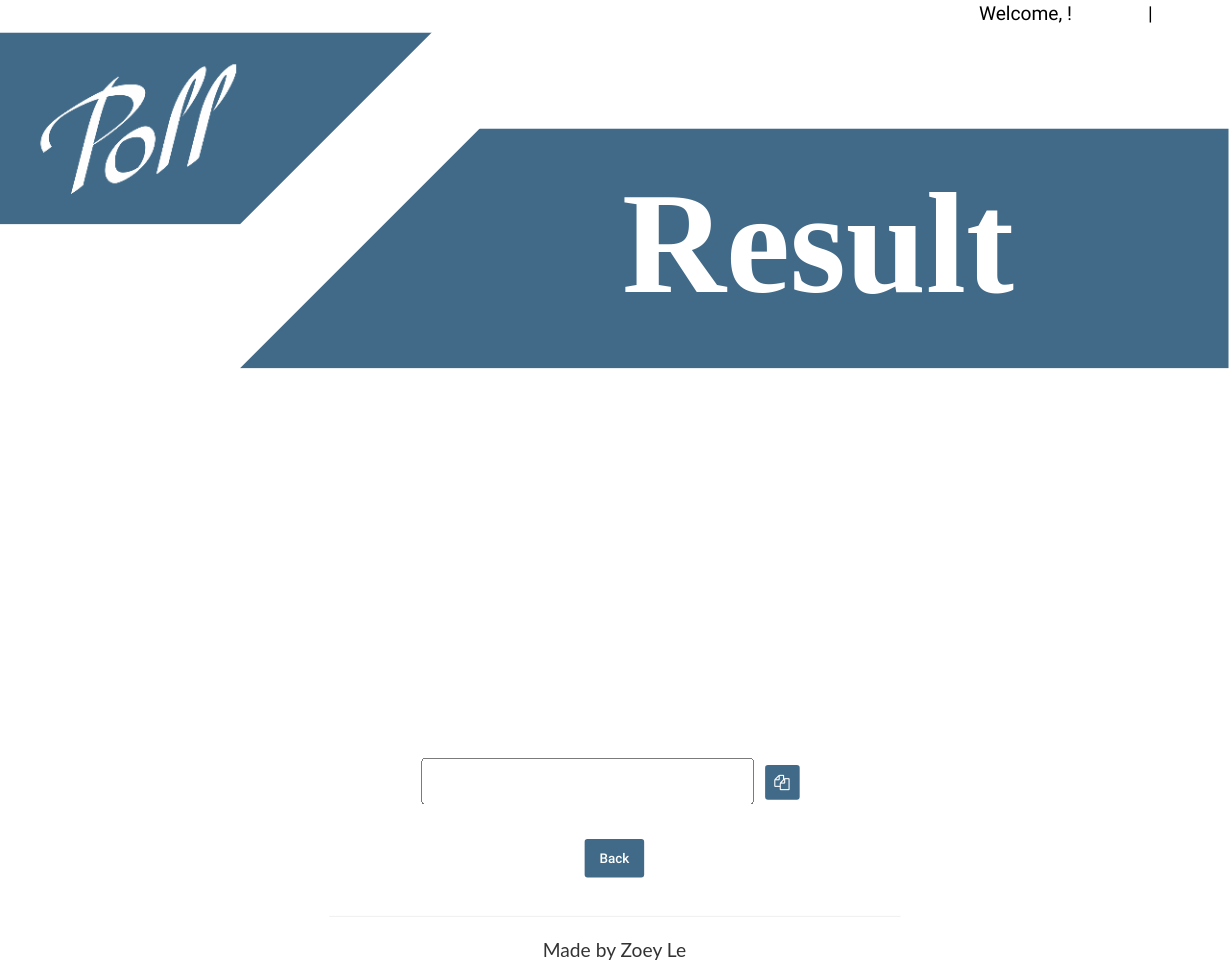
Repository: zoeyleqa/voting-app-fcc
Page: public/result.html
The author's editor kept a record of every edit. The page is drawn from the files as they stood at one moment, then again after the next edit.
The browser window is 1280 px wide. The pictures show the whole page, at 96% of full size.
The page's requests for data from a server got no answer. Some web libraries are served in a nearby version.

Above is the page before.
Console error (its wording comes from the project's code and is left out).

### public/result.html
<!DOCTYPE html>

<html>

<head>
	<title>Voting Result</title>
	<script src="https://cdnjs.cloudflare.com/ajax/libs/Chart.js/2.4.0/Chart.min.js"></script>
	<link rel="stylesheet" href="https://maxcdn.bootstrapcdn.com/bootstrap/3.3.7/css/bootstrap.min.css" integrity="sha384-BVYiiSIFeK1dGmJRAkycuHAHRg32OmUcww7on3RYdg4Va+PmSTsz/K68vbdEjh4u" crossorigin="anonymous">
	<link href="/public/css/main.css" rel="stylesheet" type="text/css">
	<link rel="stylesheet" href="https://cdnjs.cloudflare.com/ajax/libs/font-awesome/4.7.0/css/font-awesome.min.css">
</head>

<header>
		<div>
			<p align="right">Welcome, <span id="display-name"></span>!
			<a class="menu" href="/profile">Profile</a>
			|
			<a class="menu" href="/logout">Logout</a>
			</p>
		</div>

		<div>
				<div class="logo-box">
					<a href="/"><img src="/public/img/poll.png" class="logo-left"/></a>
				</div>
				<div class="title-box">
  					<h1 class="title">Result</h1>
				</div>
		</div>
	</header>

	<body>
		<br><br>
		<div class="container-fluid">
			<div class="col-md-6 col-md-offset-3" >
				<div class="questionText">
					<span class="question"></span>
				</div>
				<br />
				<div class="canvasContainer">
				 	<canvas id="myChart"></canvas>
				</div>

				<p style="text-align: center;">
					<input type="text" id="link" style="width: 58%"/>
					<i class="fa fa-copy btn-copy btn-default" onclick="copyLink()"></i>
				</p>

				<br/><br/>
				<div class="btn-container">
					<a id="backpage" href="javascript:history.back()" class="btn btn-default">Back</a>
				</div>

				<footer>
				<hr>
				Made by Zoey Le
				</footer>
			</div>
		</div>
	<script>
		function copyLink() {
    	var text = document.querySelector('#link');
    	// console.log(text);
    	text.select();
    	document.execCommand('Copy');
	  };
	</script>
	<!--<script type="text/javascript" src="common/ajax-functions.js"></script>-->
	<!--<script src="dist/clipboard.min.js"></script>-->
	<script src="https://ajax.googleapis.com/ajax/libs/jquery/3.1.0/jquery.min.js"></script>
	<script type="text/javascript" src="/common/ajax-functions.js"></script>
	<script type="text/javascript" src="/controllers/resultCtrl.client.js"></script>
</body>

</html>

### public/css/main.css
/********* Fonts **********/

@font-face {
	font-family: "Roboto";
	font-style: normal;
	font-weight: 400;
	src: local("Roboto"), local("Roboto-Regular"),
		url("../fonts/Roboto-Regular.ttf") format("truetype");
}

@font-face {
	font-family: "Roboto";
	font-style: normal;
	font-weight: 500;
	src: local("Roboto Medium"), local("Roboto-Medium"),
		url("../fonts/Roboto-Medium.ttf") format("truetype");
}

@font-face {
	font-family: "Typo3";
	font-style: normal;
	font-weight: 400;
	src: local("Typo3"), local("Typo3-Regular"),
		url("../fonts/Typo3-Regular.ttf") format("truetype");
}

@font-face {
	font-family: "Typo3";
	font-style: normal;
	font-weight: 400;
	src: local("Typo3 Medium"), local("Typo3-Medium"),
		url("../fonts/Typo3-Medium.ttf") format("truetype");
}
/****** Main Styling ******/
:root {
  	--main-bg-color: #416A88; /*3E447B;*/
}

.main-header {
	background-color: var(--main-bg-color); /*#7083c2;*/
}
.temp {
	background-color: #b35d5c;
}

body {
	font-family: "Roboto", sans-serif;
	font-size: 16px;
	margin: 0;
	padding: 0;
}

header {
	margin-top: -16px;
}

.header-right {
	/*height: 56px;*/
	margin: 0 0 14px 0;
	text-align: right;
	/*float: right;*/
}

.logo {
	float: center;
	text-align: center;
	display: block;
	margin-left: auto;
	margin-right: auto;
}

.logo-box {
	background: var(--main-bg-color);
	/*-webkit-clip-path: polygon(0 0, 20% 0, 10% 100%, 0% 100%);*/
	-webkit-clip-path: polygon(0 0, 450px 0, 250px 100%, 0% 100%);
}

.logo-left{
	margin-left: 20px;
}

.title-box {
	position: relative;
	background: var(--main-bg-color);
	margin-top: -100px;
	height: 250px;
	text-align: center;
	color: white;
  	-webkit-clip-path: polygon(500px 0, 100% 0%, 100% 100%, 250px 100%);
}

.title {
    position: absolute;
    /*float: right;*/
    top: 0;
    bottom: 0;
    left: 0;
    right: 0;
    width: 55%;
    height: 70%;
    margin: auto;
    margin-left: 500px;
    font-size: 150px;
    font-weight: 600;
    font-family:  'Typo3-Medium';
}

.opt-sect p {
	font-size: 30px;
	font-weight: 80px;
}

.optsect {
	text-align: center;
}

.center {
  margin: auto;
  width: 50%;
  padding: 10px;
}

p {
	margin: 8px 0 0 0;
}

.container p {
	text-align: center;
	padding: 0;
}

/****** Header Styling ******/

header p {
	margin: 16px 0 5px 0;
	font-weight: 50px;
	font-size: 20px;
	color: black;
}

.menu {
	text-decoration: none;
	padding: 6px;
	margin: 0;
	color: white;
}

.menu:visited {
	color: grey;
}

.menu:hover {
	color: grey;
}

.menu:active {
	color: white;
}

header a ~ p {
	margin: 0;
	padding: 0;
	display: inline;
	color: #eceff1;
}

#display-name {
	font-weight: 400;
}

/****** Login Styling ******/

.login {
	margin: 10px auto 0 auto;
	text-align: center;
}

#login-btn {
	width: 250px;
	padding: 7px 5px;
}

.btn p {
	margin: 8px 0 0 0;
	padding: 0;
}

.btn > img {
	float: leftbtn
	margin-left: 10px;
}

.btn-submit {
	float: right;
}

input[type="text"]{
	padding: 10px 10px;
	line-height: 10px;
	font-size: 20px;
	width:95%;
	/*display:block;*/
}

.btn-add {
	padding: 1px 1px 1px 1px ;
	line-height: 30px;
	display:block;
	font-size: 20px;

}
/****** Logo Div Styling ******/

img {
	margin: 0 auto;
	display: block;
}

.clementine-text {
	/* Styling for the Clementine.js text */
	padding: 0;
	margin: -25px 0 0 0;
	font-weight: 500;
	font-size: 60px;
	color: #ffa000;
}

/****** Click Styling ******/

.btn-container {
	/* Styling for the div that contains the buttons */
	margin: -10px auto 0 auto;
	text-align: center;
}

.btn-copy {
	margin: 0 8px;
	color: white;
	background-color: var(--main-bg-color);
	display: inline-block;
	border: 0;
	font-size: 15px;
	text-align: center;
	border-radius: 3px;
	padding: 10px;
}
.btn {
	/* Styling for buttons */
	margin: 0 8px;
	color: white;
	background-color: var(--main-bg-color);
	display: inline-block;
	border: 0;
	font-size: 14px;
	border-radius: 3px;
	padding: 10px 15px;
	/*width: 100px;*/
	font-weight: 500;
}

.btn:focus {
	/* Remove outline when hovering over button */
	outline: none;
}

.btn:active {
	/* Scale the button down by 10% when clicking on button */
	transform: scale(0.9, 0.9);
	-webkit-transform: scale(0.9, 0.9);
	-moz-transform: scale(0.9, 0.9);
}

.btn-delete {
	/* Styling for delete button */
	background-color: #eceff1;
	color: #212121;
}

.canvasContainer {
	height: 330px;
	width: 300px;
	position: relative;
	margin: auto;
}

/*.question {*/
/*	display: inline-block;*/
/*    margin: 10px 10px 0 0;*/
/*    padding: 20px 10px;*/
/*	font-size: xx-large;*/
/*	font-weight: bolder;*/
/*}*/

.questionText{
	overflow: hidden;
    text-align: center;
    font-size: xx-large

	/*padding: 20px 0 20px 0;*/
}

/*#myChart {*/
/*	height: 150px;*/
/*	width: 300px;*/
/*	position: relative;*/
/*	left: 65%;*/
/*	top: 25%;*/
/* }*/
/****** Profile Styling ******/

.github-profile {
	width: 350px;
	height: 200px;
	border-radius: 3px;
	margin: 86px auto 0 auto;
	background-color: #eee;
	text-align: center;
	color: #000;
}

.github-profile p:first-child {
	padding-top: 16px;
}

.github-profile p:nth-child(5) {
	margin-bottom: 16px;
}

.github-profile p {
	margin: 0 0 0 16px;
	text-align: left;
}

.profile-value {
	font-weight: 400;
}

span {
	font-weight: 500;
}

.github-profile > img {
	padding-top: 16px;
	margin-bottom: 16px;
}

.github-profile .menu:hover {
	color: #ffa000;
}

.github-profile .menu:active {
	color: #ff630d;
}

#menu-divide {
	color: #ffffff;
	display: inline;
	margin: 0;
}

footer {
	bottom: 0;
	height: 60px;
	margin-top: 40px;
	text-align: center;
	font-size: 20px;
	font-family: "Lato";
}

.body-shade {
	box-shadow: 12px -12px 10px -4px lightgrey, -12px 10px 10px -4px lightgrey,
		12px 0 15px -4px lightgrey, -12px 0 15px -4px lightgrey;
	background: white;

}

### app/common/ajax-functions.js
'use strict';

var appUrl = window.location.origin;
var ajaxFunctions = {
   ready: function ready (fn) {
      if (typeof fn !== 'function') {
         return;
      }

      if (document.readyState === 'complete') {
         return fn();
      }

      document.addEventListener('DOMContentLoaded', fn, false);
   },

   //use ajax request to make xmlhttprequest to send data to db
   ajaxRequest: function ajaxRequest (method, url,data, callback) {
      var xmlhttp = new XMLHttpRequest();

      xmlhttp.onreadystatechange = function () {
         if (xmlhttp.readyState === 4 && xmlhttp.status === 200) {
            callback(xmlhttp.response);
         }
      };

      xmlhttp.open(method, url, true);

      if(data){
         xmlhttp.setRequestHeader("Content-Type", "application/json;charset=UTF-8");
         // console.log(JSON.stringify(data));
         xmlhttp.send(JSON.stringify(data));
      } else {
         xmlhttp.send();
      }
   }
};

### app/controllers/resultCtrl.client.js
'use strict';

(function () {

   //get question
   var question = document.querySelector('.question');
   var arrtmp = window.location.pathname.split('/');
   // console.log(arrtmp);
   var apiUrl = appUrl + '/api/:id/vote/'+arrtmp[2];

   //assume the max choices are 10
   var colorwheel = ['rgba(255, 102, 102, 0.8)', //salmon
                     'rgba(54, 162, 235, 0.8)', //blue
                     'rgba(255, 206, 86, 0.8)', //yel
                     'rgba(102, 255, 102, 0.8)', //lightgreen
                     'rgba(153, 102, 255, 0.6)', //pur
                     'rgba(152, 230, 230, 0.8)', //skyblue
                     'rgba(204, 0, 102, 0.6)', //darkpink
                     'rgba(133, 173, 173, 0.8)', //grey
                     'rgba(255, 102, 0, 0.6)',//orange
                     'rgba(0, 128, 128, 0.6)' //teal
                     ]

 //seting the page
   	function setVoteFace(data){
   	   var dataObj = JSON.parse(data);
   	   question.innerHTML = dataObj.q;

   	   var arrNum = [], arrLegend = [];
   	   dataObj.a.forEach(function(element) {
   	       arrNum.push(element.numVote);
   	       arrLegend.push(element.opt);
   	   });


         // For a pie chart

         var ctx = document.getElementById('myChart').getContext('2d');
         data = {
            datasets: [{
               data: arrNum,
               backgroundColor: colorwheel.splice(0, arrNum.length)
            }],

         // These labels appear in the legend and in the tooltips when hovering different arcs
            labels: arrLegend


         };

      // console.log('chart');
      var myPieChart = new Chart(ctx,{
         type: 'doughnut',
         data: data,
         options: {
            legend: {
               display: true,
               position: 'bottom'
            }
         }
      });

   }



   //get poll stat and send to setVoteFace function on load
   ajaxFunctions.ready(ajaxFunctions.ajaxRequest('GET', apiUrl, null, setVoteFace));

   //copy btn still has bugs
//copy link btn, get link from db then set attribute to copy btn
   ajaxFunctions.ajaxRequest('GET', '/api/:id', null, function(user){
      var data = JSON.parse(user);
      var link = document.querySelector("#link");
      link.setAttribute("value", appUrl+"/"+ data.id+"/vote/"+arrtmp[2]);

      });

})();

After the next edit:
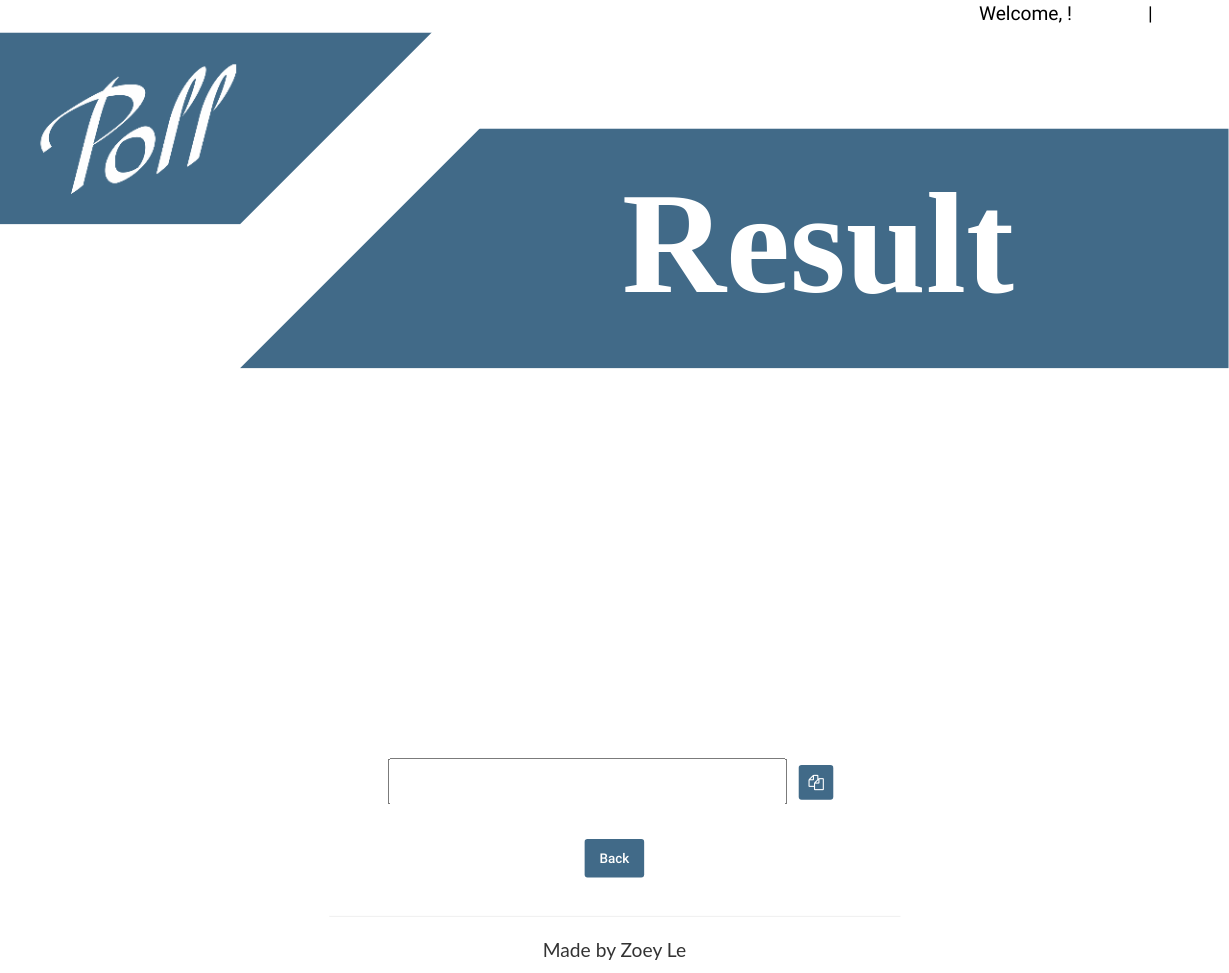
The edit:
--- a/public/result.html
+++ b/public/result.html
@@ -42,7 +42,7 @@
 				</div>
 
 				<p style="text-align: center;">
-					<input type="text" id="link" style="width: 58%"/>
+					<input type="text" id="link" style="width: 70%"/>
 					<i class="fa fa-copy btn-copy btn-default" onclick="copyLink()"></i>
 				</p>
 
